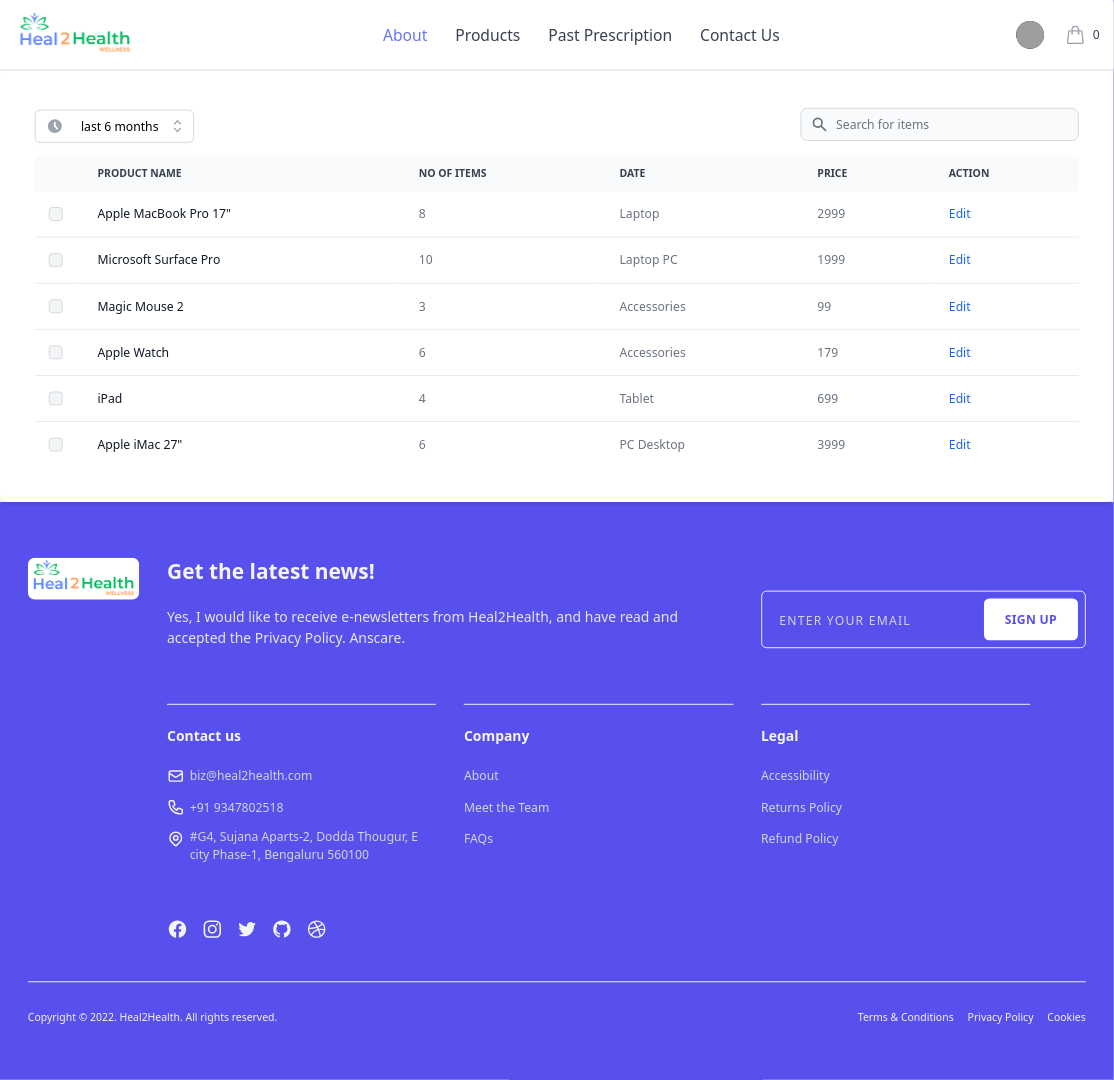
Repository: Akash123-coder/H2H
Page: /PastPrescription (app in Frontend/)
An editor plug-in stored every save of this project. The page is shown before and after the next save, followed by the edit.
The browser window is 1280 px wide. The pictures show the whole page, at 87% of full size.
Pictures or frames that could not be fetched are drawn as grey boxes. The project was rebuilt for these pictures with package versions that can differ from the ones it lists, and the page was loaded fresh each time. Also part of the build but not shown: Frontend/vite.config.ts, Frontend/src/pages/About.tsx, Frontend/src/components/Cta.jsx, Frontend/src/pages/Home.jsx, Frontend/src/components/Buttonsm.tsx, Frontend/src/components/Buttonrm.tsx, Frontend/src/components/Product.tsx, Frontend/src/pages/Prescription.jsx and 2 more.

Above is the page before, as saved 2022-09-28 17:22:43.

After the next save:
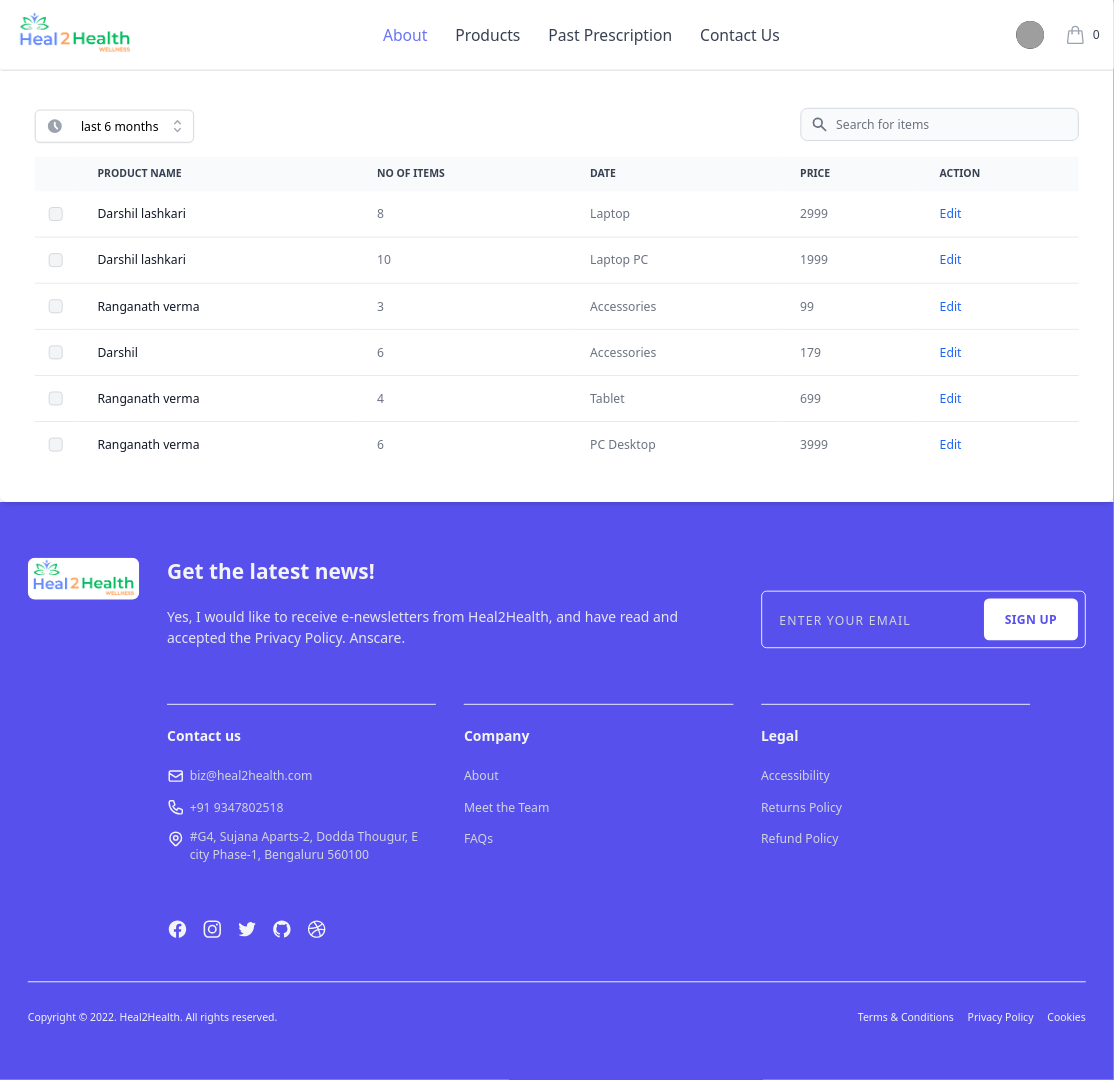
Saved 108 s later.
--- a/Frontend/src/pages/PastPrescription.jsx
+++ b/Frontend/src/pages/PastPrescription.jsx
@@ -6,7 +6,7 @@ function PastPrescription() {
     <div>
       <div class="overflow-x-auto relative shadow-md sm:rounded-lg p-10">
         <div class="flex justify-between items-center pb-4">
-          <Select/>
+          <Select />
           <label for="table-search" class="sr-only">
             Search
           </label>
@@ -39,7 +39,6 @@ function PastPrescription() {
             <tr>
               <th scope="col" class="p-4">
                 <div class="flex items-center">
-
                   <label for="checkbox-all-search" class="sr-only">
                     checkbox
                   </label>
@@ -80,7 +79,7 @@ function PastPrescription() {
                 scope="row"
                 class="py-4 px-6 font-medium text-gray-900 whitespace-nowrap dark:text-white"
               >
-                Apple MacBook Pro 17"
+                Darshil lashkari
               </th>
               <td class="py-4 px-6">8</td>
               <td class="py-4 px-6">Laptop</td>
@@ -111,7 +110,7 @@ function PastPrescription() {
                 scope="row"
                 class="py-4 px-6 font-medium text-gray-900 whitespace-nowrap dark:text-white"
               >
-                Microsoft Surface Pro
+                Darshil lashkari
               </th>
               <td class="py-4 px-6">10</td>
               <td class="py-4 px-6">Laptop PC</td>
@@ -142,7 +141,7 @@ function PastPrescription() {
                 scope="row"
                 class="py-4 px-6 font-medium text-gray-900 whitespace-nowrap dark:text-white"
               >
-                Magic Mouse 2
+                Ranganath verma
               </th>
               <td class="py-4 px-6">3</td>
               <td class="py-4 px-6">Accessories</td>
@@ -173,7 +172,7 @@ function PastPrescription() {
                 scope="row"
                 class="py-4 px-6 font-medium text-gray-900 whitespace-nowrap dark:text-white"
               >
-                Apple Watch
+                Darshil
               </th>
               <td class="py-4 px-6">6</td>
               <td class="py-4 px-6">Accessories</td>
@@ -204,7 +203,7 @@ function PastPrescription() {
                 scope="row"
                 class="py-4 px-6 font-medium text-gray-900 whitespace-nowrap dark:text-white"
               >
-                iPad
+                Ranganath verma
               </th>
               <td class="py-4 px-6">4</td>
               <td class="py-4 px-6">Tablet</td>
@@ -235,7 +234,7 @@ function PastPrescription() {
                 scope="row"
                 class="py-4 px-6 font-medium text-gray-900 whitespace-nowrap dark:text-white"
               >
-                Apple iMac 27"
+                Ranganath verma
               </th>
               <td class="py-4 px-6">6</td>
               <td class="py-4 px-6">PC Desktop</td>
